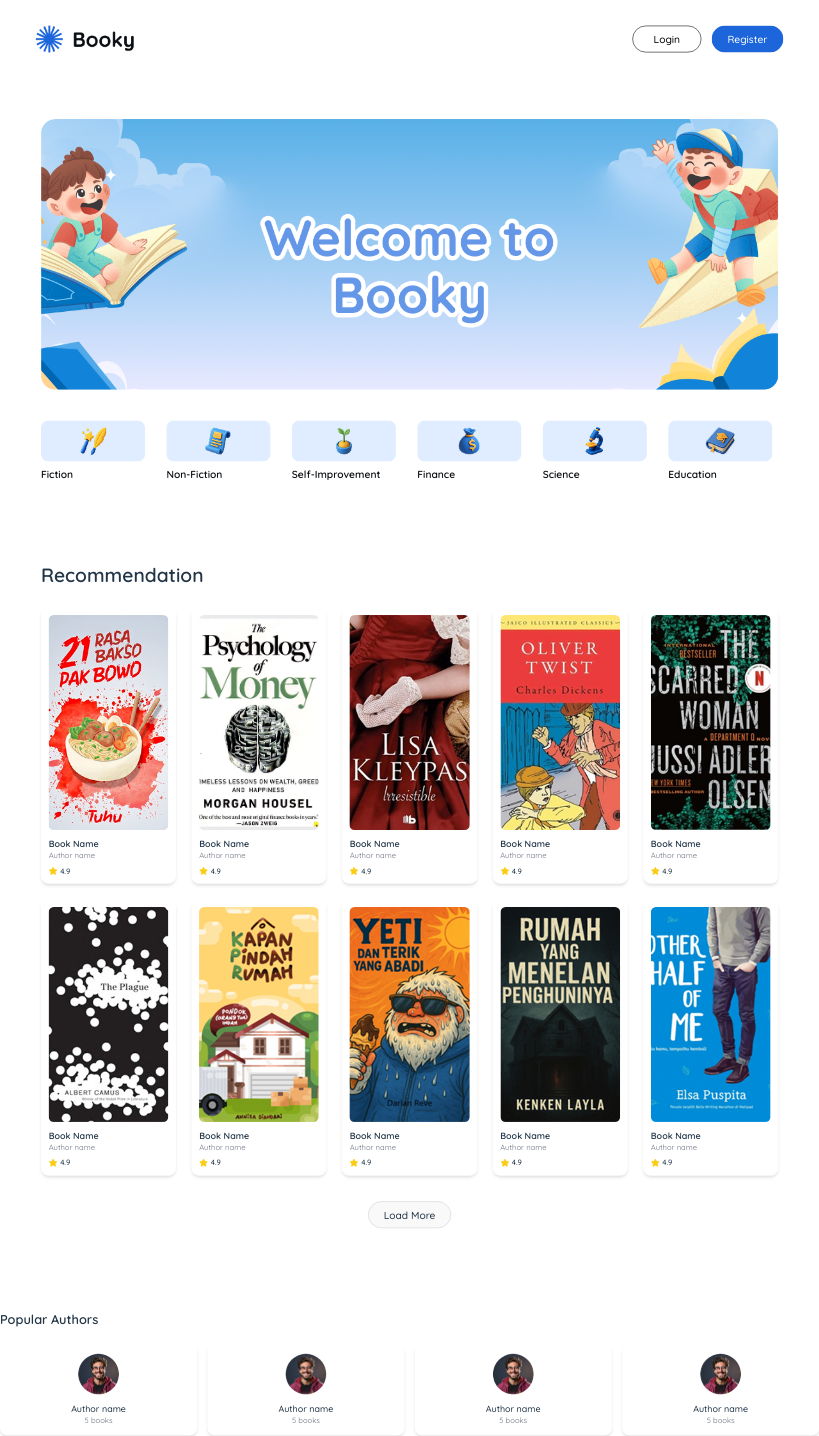
Repository: faridsyafaat/library-app
Page: /
An editor plug-in stored every save of this project. The page is shown before and after the next save, followed by the edit.
The browser window is 1280 px wide. The pictures show the whole page, at 64% of full size.
The project was rebuilt for these pictures with package versions that can differ from the ones it lists, and the page was loaded fresh each time. Also part of the build but not shown: vite.config.ts, src/pages/Login.tsx, src/pages/Register.tsx.

Above is the page before, as saved 2025-11-24 20:59:10.

### index.html
<!doctype html>
<html lang="en">
  <head>
    <meta charset="UTF-8" />
    <link rel="icon" type="image/svg+xml" href="/vite.svg" />
    <meta name="viewport" content="width=device-width, initial-scale=1.0" />
    <title>library-app</title>
  </head>
  <body>
    <div id="root"></div>
    <script type="module" src="/src/main.tsx"></script>
  </body>
</html>

### src/index.css
@import url('https://fonts.googleapis.com/css2?family=Quicksand:wght@300;400;500;600;700&display=swap');
@tailwind base;
@tailwind components;
@tailwind utilities;

:root {
  font-family: system-ui, Avenir, Helvetica, Arial, sans-serif;
  line-height: 1.5;
  font-weight: 400;
  font-synthesis: none;
  text-rendering: optimizeLegibility;
  -webkit-font-smoothing: antialiased;
  -moz-osx-font-smoothing: grayscale;
}

a {
  font-weight: 500;
  color: #646cff;
  text-decoration: inherit;
}
a:hover {
  color: #535bf2;
}

body {
  margin: 0;
  min-height: 100vh;
  }

h1 {
  font-size: 3.2em;
  line-height: 1.1;
}

button {
  border-radius: 8px;
  border: 1px solid transparent;
  padding: 0.6em 1.2em;
  font-size: 1em;
  font-weight: 500;
  font-family: inherit;
  background-color: #1a1a1a;
  cursor: pointer;
  transition: border-color 0.25s;
}
button:hover {
  border-color: #646cff;
}
button:focus,
button:focus-visible {
  outline: 4px auto -webkit-focus-ring-color;
}

@media (prefers-color-scheme: light) {
  :root {
    color: #213547;
    background-color: #ffffff;
  }
  a:hover {
    color: #747bff;
  }
  button {
    background-color: #f9f9f9;
  }
}

.container-custom {
  max-width: 1200px;
  margin-left: auto;
  margin-right: auto;
  padding-left: 1rem;
  padding-right: 1rem;
}

@layer base {
  body {
    @apply font-quicksand;
  }
}

### src/App.tsx
import { BrowserRouter as Router, Routes, Route, } from "react-router-dom";
import HomeBefore from "./pages/HomeBefore";
import Login from "./pages/Login";
import Register from "./pages/Register";


function App() {


  return (
    <Router>
      <Routes>
        <Route path="/" element={<HomeBefore />} />
        <Route path="/login" element={<Login />} />
        <Route path="/register" element={<Register />} />

      </Routes>
    </Router>
  );
}

export default App;

### src/pages/HomeBefore.tsx
import NavbarBefore from "@/components/layout/NavbarBefore";
import HeroSection from "@/components/sections/HeroSection";
import RecommendationSection from "@/components/sections/RecommendationSection";
import AuthorsSection from "@/components/sections/AuthorsSection";

export default function HomeBefore() {
  return (
    <div>
      <NavbarBefore />
      <HeroSection />
      <RecommendationSection />
      <AuthorsSection />

    </div>
  );
}

### src/components/layout/NavbarBefore.tsx
import Button from "@/components/ui/Button";
import { useNavigate } from "react-router-dom";

export default function NavbarBefore() {
  const navigate = useNavigate();

  return (
    <nav className="sticky top-0 z-50 bg-white">
      <div className="container mx-auto flex justify-between items-center py-10 px-4">
        {/* Logo */}
        <div className="flex items-left gap-2">
          <img src="/icon/booky.png" alt="Booky Logo" className="w-[155px] h-[42px]" />
        </div>

        {/* Buttons */}
        <div className="flex gap-4">
          <Button
            variant="outline"
            className="bg-white text-black border border-neutral-800 px-8 py-2"
            onClick={() => navigate("/login")}
          >
            Login
          </Button>
          <Button
            variant="default"
            className="px-10 py-2"
            onClick={() => navigate("/register")}
          >
            Register
          </Button>
        </div> {/* Tutup div buttons */}
      </div> {/* Tutup div container */}
    </nav>
  );
}

### src/components/sections/HeroSection.tsx

const bookCategories = [
  { name: "Fiction", img: "/image/hero1.png" },
  { name: "Non-Fiction", img: "/image/hero2.png" },
  { name: "Self-Improvement", img: "/image/hero3.png" },
  { name: "Finance", img: "/image/hero4.png" },
  { name: "Science", img: "/image/hero5.png" },
  { name: "Education", img: "/image/hero6.png" },
];

export default function HeroSection() {
  return (
    <section className="bg-white py-16">
      <div className="container mx-auto px-6">
        {/* Hero Image */}
        <div className="w-full">
          <img
            src="/image/herosection.png"
            alt="Hero Background"
            className="w-full h-auto rounded-xl"
          />
        </div>

        {/* Jenis Buku */}
       <div className="mt-12 grid grid-cols-3 sm:grid-cols-3 md:grid-cols-6 gap-6">
  {bookCategories.map((book) => (
    <div
      key={book.name}
      className="flex flex-col items-start cursor-pointer hover:scale-105 transition-transform"
    >
      <img
        src={book.img}
        alt={book.name}
        className="w-[162.67px] h-[64px] object-cover rounded-lg mb-2"
      />
      <span className="text-[#0A0D12] font-semibold">{book.name}</span>
    </div>
  ))}
</div>

      </div>
    </section>
  );
}

### src/components/sections/RecommendationSection.tsx
import { Star } from "lucide-react";

const books = [
  {
    title: "Book Name",
    author: "Author name",
    rating: 4.9,
    img: "/image/book1.png",
  },
  {
    title: "Book Name",
    author: "Author name",
    rating: 4.9,
    img: "/image/book2.png",
  },
  {
    title: "Book Name",
    author: "Author name",
    rating: 4.9,
    img: "/image/book3.png",
  },
  {
    title: "Book Name",
    author: "Author name",
    rating: 4.9,
    img: "/image/book4.png",
  },
  {
    title: "Book Name",
    author: "Author name",
    rating: 4.9,
    img: "/image/book5.png",
  },
  {
    title: "Book Name",
    author: "Author name",
    rating: 4.9,
    img: "/image/book6.png",
  },
  {
    title: "Book Name",
    author: "Author name",
    rating: 4.9,
    img: "/image/book7.png",
  },
  {
    title: "Book Name",
    author: "Author name",
    rating: 4.9,
    img: "/image/book8.png",
  },
  {
    title: "Book Name",
    author: "Author name",
    rating: 4.9,
    img: "/image/book9.png",
  },
  {
    title: "Book Name",
    author: "Author name",
    rating: 4.9,
    img: "/image/book10.png",
  },
];

export default function RecommendationSection() {
  return (
    <section className="py-16 bg-white">
      <div className="container mx-auto px-6">

        {/* Title */}
        <h2 className="text-3xl font-semibold mb-8">Recommendation</h2>

        {/* Grid Books */}
        <div className="grid grid-cols-2 sm:grid-cols-3 md:grid-cols-5 gap-6">
          {books.map((book, index) => (
            <div
              key={index}
              className="bg-white shadow-md rounded-xl p-3 cursor-pointer hover:scale-105 transition-transform"
            >
              <img
                src={book.img}
                alt={book.title}
                className="h-[336px] w-[224] object-cover rounded-lg"
              />

              <h3 className="mt-3 text-sm font-semibold">{book.title}</h3>
              <p className="text-xs text-gray-500">{book.author}</p>

              <div className="flex items-center gap-1 mt-2">
                <Star size={14} fill="#FACC15" color="#FACC15" />
                <span className="text-xs font-medium">{book.rating}</span>
              </div>
            </div>
          ))}
        </div>

        {/* Load More Button */}
        <div className="flex justify-center mt-10">
          <button className="px-6 py-2 rounded-full border border-gray-300 hover:bg-gray-100 transition">
            Load More
          </button>
        </div>
      </div>
    </section>
  );
}

### src/components/sections/AuthorsSection.tsx
const authors = [
  {
    id: 1,
    name: "Author name",
    books: "5 books",
    image: "/image/author.png",
  },
  {
    id: 2,
    name: "Author name",
    books: "5 books",
    image: "/image/author.png",
  },
  {
    id: 3,
    name: "Author name",
    books: "5 books",
    image: "/image/author.png",
  },
  {
    id: 4,
    name: "Author name",
    books: "5 books",
    image: "/image/author.png",
  },
];

export default function AuthorsSection() {
  return (
    <section className="mt-16">
      <h2 className="text-xl font-semibold mb-6">Popular Authors</h2>

      <div className="grid grid-cols-2 gap-4 md:grid-cols-4">
        {authors.map((author) => (
          <div
            key={author.id}
            className="shadow-md rounded-xl p-4 flex flex-col items-center"
          >
            <img
              src={author.image}
              alt={author.name}
              className="w-16 h-16 rounded-full object-cover"
            />
            <p className="mt-3 font-medium text-sm">{author.name}</p>
            <p className="text-xs text-gray-500">{author.books}</p>
          </div>
        ))}
      </div>
    </section>
  );
}

### src/components/ui/Button.tsx
import React from "react";
import clsx from "clsx";

interface ButtonProps extends React.ButtonHTMLAttributes<HTMLButtonElement> {
  variant?: "default" | "outline" | "short";
  size?: "sm" | "md" | "lg";
}

const Button: React.FC<ButtonProps> = ({
  variant = "default",
  className,
  children,
  ...props
}) => {
  const baseStyle = "inline-flex items-center justify-center font-medium focus:outline-none rounded-full disabled:opacity-50 disabled:pointer-events-none";

  const variants: Record<string, string> = {
    default: "bg-[#1C65DA] text-white px-6 py-2 hover:bg-blue-600",
    outline: "border border-gray-800 text-black bg-white px-6 py-2 hover:bg-gray-100",
    short: "px-4 py-2 rounded-md text-sm",
  };

  return (
    <button className={clsx(baseStyle, variants[variant], className)} {...props}>
      {children}
    </button>
  );
};

export default Button;

### tailwind.config.js
/** @type {import('tailwindcss').Config} */
module.exports = {
  content: [
    "./index.html",
    "./src/**/*.{js,ts,jsx,tsx}",
  ],
  theme: {
    extend: {
      fontFamily: {
        quicksand: ["Quicksand", "sans-serif"],
      },
    },
    container: {
      center: true,
      padding: '1rem',
      screens: {
        sm: "640px",
        md: "768px",
        lg: "1200px", // container lg = 1200px
        xl: "1200px",
        "2xl": "1200px"
      }
    }
  },
  plugins: [],
};

Loaded but not shown: src/main.tsx (common file)

After the next save:
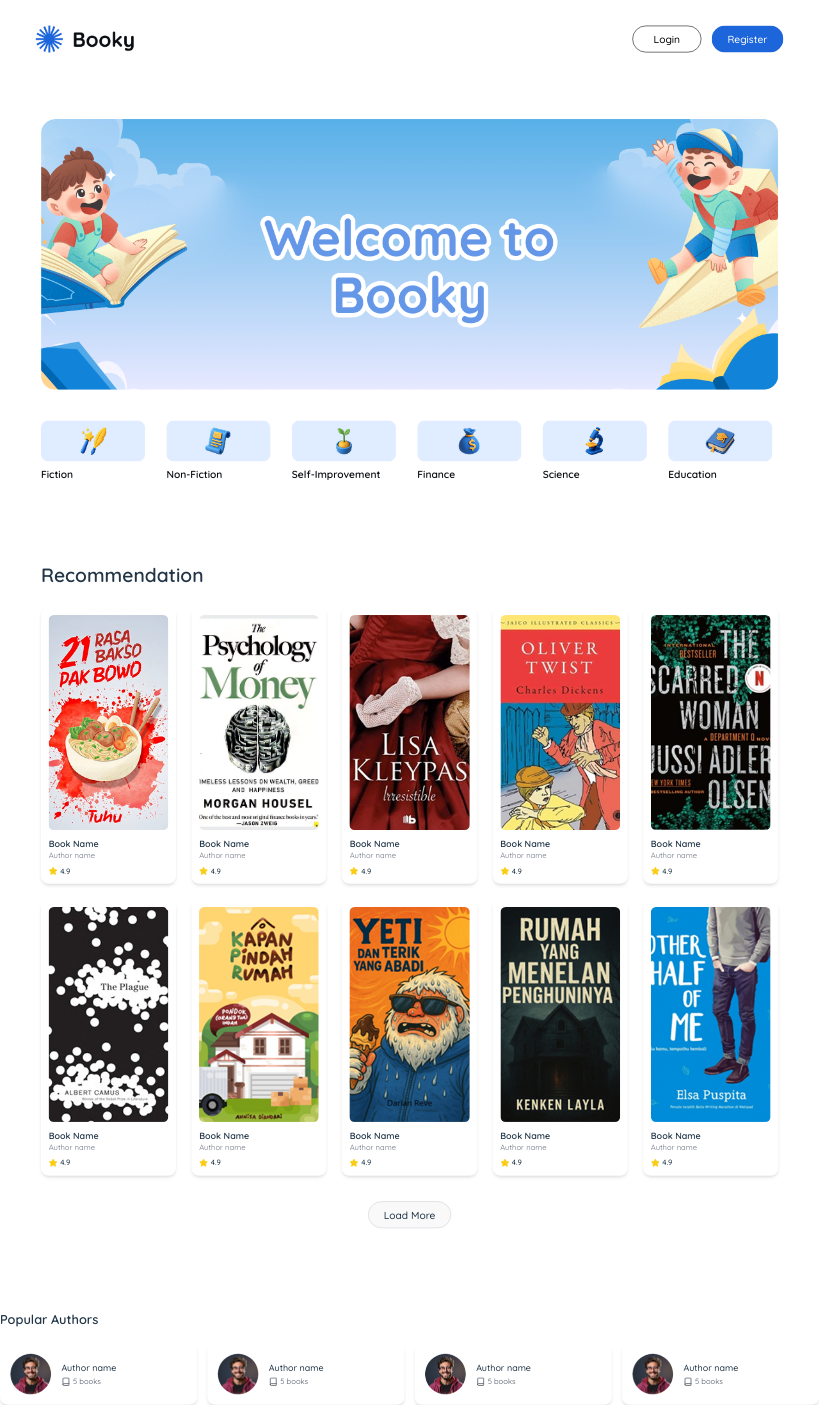
Saved 5 min 24 s later.
--- a/src/components/sections/AuthorsSection.tsx
+++ b/src/components/sections/AuthorsSection.tsx
@@ -1,3 +1,5 @@
+import { Book } from "lucide-react"; // icon buku
+
 const authors = [
   {
     id: 1,
@@ -30,19 +32,28 @@
     <section className="mt-16">
       <h2 className="text-xl font-semibold mb-6">Popular Authors</h2>
 
-      <div className="grid grid-cols-2 gap-4 md:grid-cols-4">
+      <div className="grid grid-cols-1 gap-4 md:grid-cols-2 lg:grid-cols-4">
         {authors.map((author) => (
           <div
             key={author.id}
-            className="shadow-md rounded-xl p-4 flex flex-col items-center"
+            className="shadow-md rounded-xl p-4 flex items-center gap-4"
           >
+            {/* FOTO */}
             <img
               src={author.image}
               alt={author.name}
               className="w-16 h-16 rounded-full object-cover"
             />
-            <p className="mt-3 font-medium text-sm">{author.name}</p>
-            <p className="text-xs text-gray-500">{author.books}</p>
+
+            {/* TEKS */}
+            <div>
+              <p className="font-medium text-sm">{author.name}</p>
+
+              <div className="flex items-center gap-1 mt-1 text-gray-600">
+                <Book size={14} />
+                <span className="text-xs">{author.books}</span>
+              </div>
+            </div>
           </div>
         ))}
       </div>
